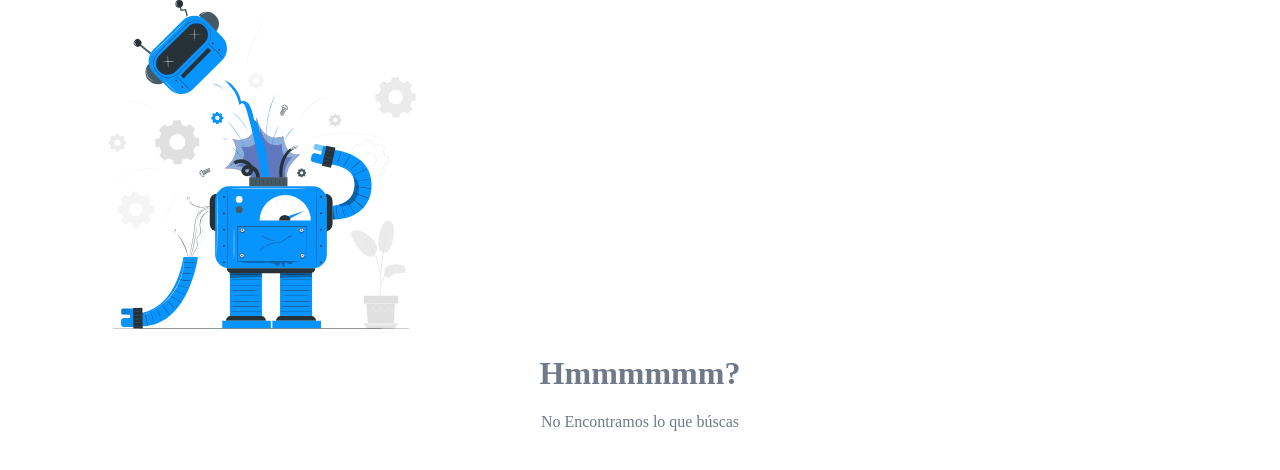
Repository: FabioMadrid/atlas_code
Page: 404.html
An editor plug-in stored every save of this project. The page is shown before and after the next save, followed by the edit.
The browser window is 1280 px wide. The pictures show the whole page.
Some web fonts or font styles are not loaded; a fallback is used. Some web libraries are served in a nearby version.

Above is the page before, as saved 2021-01-13 12:20:05.

After the next save:
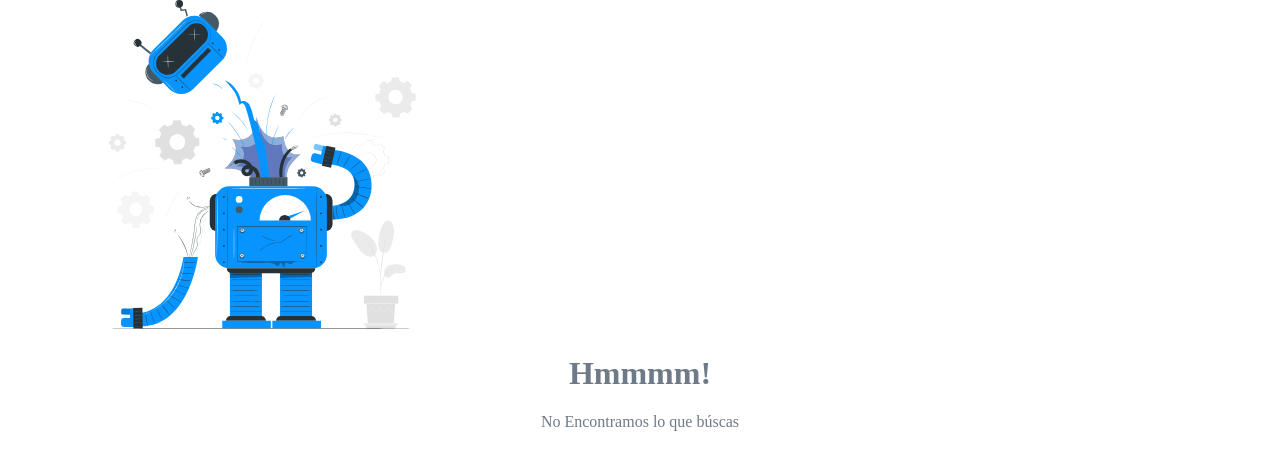
Saved 13 s later.
--- a/404.html
+++ b/404.html
@@ -17,7 +17,7 @@
     </div>
 
     <h1 class="text" style="text-align: center;">
-        Hmmmmmm?
+        Hmmmm!
     </h1>
     <p class="text" style="text-align: center;">
         No Encontramos lo que búscas
